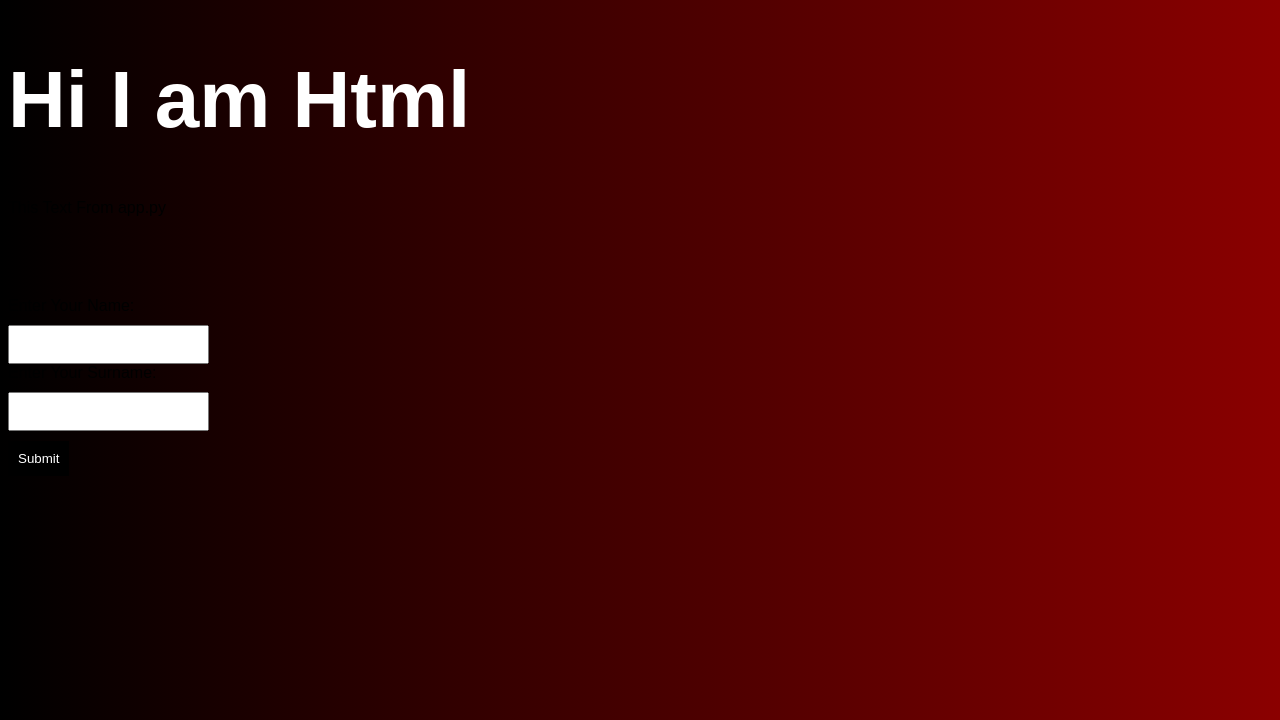
Repository: AlexandruMoloman/FormValidate-05Nov2024-
Page: http://localhost/
The author's editor kept a copy of each file at every save. The page is drawn from the files as they stood at one save, then again after the next save.
The browser window is 1280 px wide. The pictures show the whole page.
The page is served by the project's application, run on Flask 3 (app.py).

Above is the page before, as saved 2024-10-22 15:14:22.

After the next save:
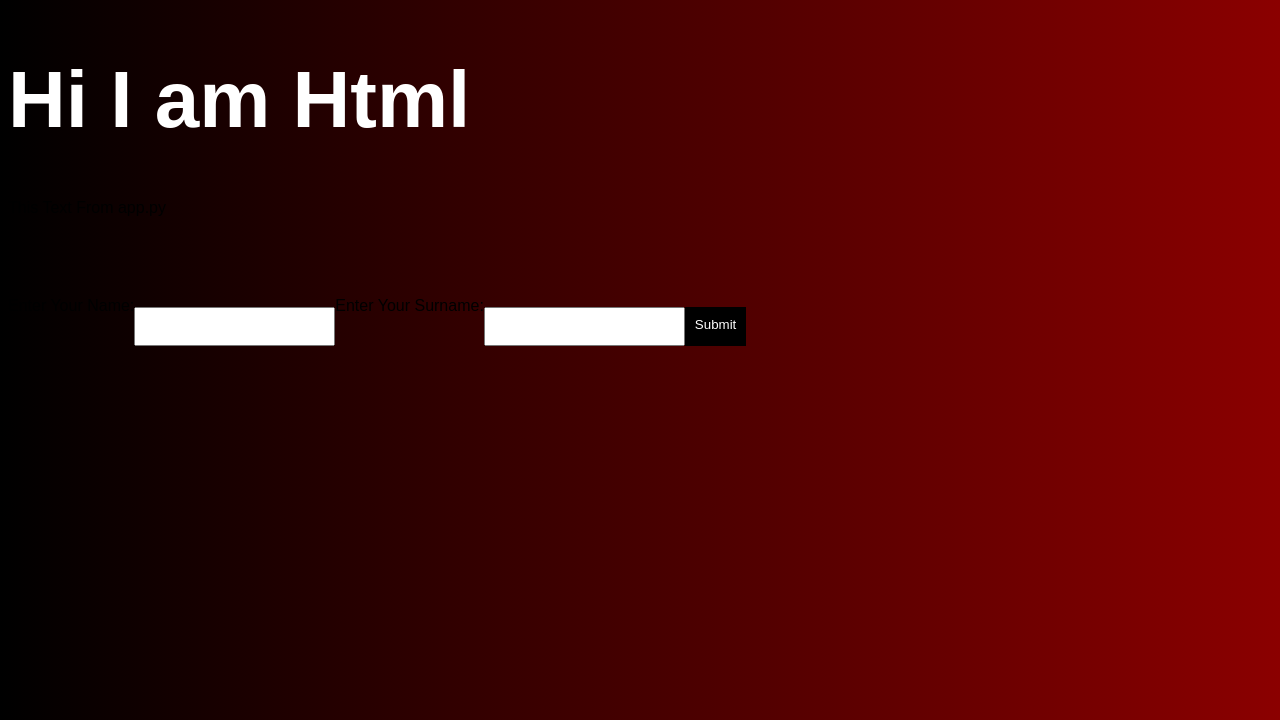
Saved 9 s later.
--- a/templates/home.html
+++ b/templates/home.html
@@ -19,7 +19,7 @@
 
     {% endif %} {% endwith %}
 
-    <form action="/greet" method="POST">
+    <form action="/greet" method="POST" style="display: flex">
       <label for="name">Enter Your Name: </label>
       <input type="text" id="name" name="name" required style="display: flex" />
       <label for="surname">Enter Your Surname: </label>

After the save that followed:
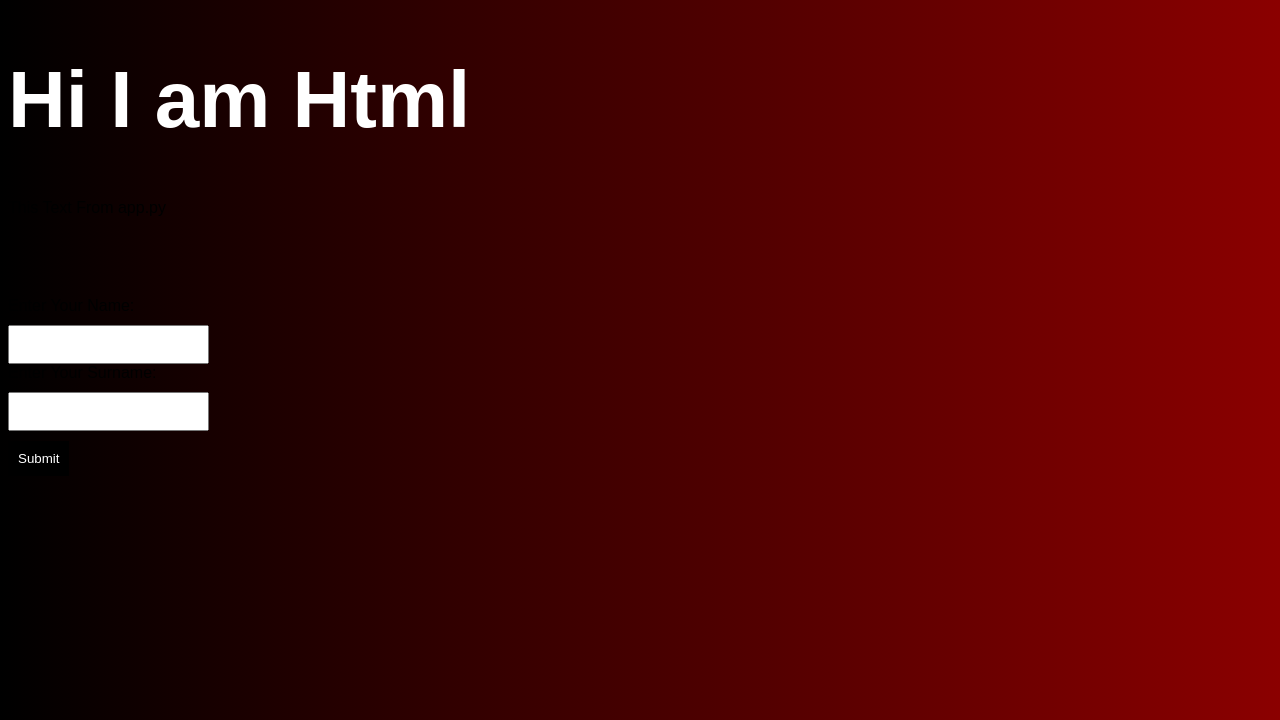
Saved 4 s later.
--- a/templates/home.html
+++ b/templates/home.html
@@ -19,7 +19,7 @@
 
     {% endif %} {% endwith %}
 
-    <form action="/greet" method="POST" style="display: flex">
+    <form action="/greet" method="POST">
       <label for="name">Enter Your Name: </label>
       <input type="text" id="name" name="name" required style="display: flex" />
       <label for="surname">Enter Your Surname: </label>
